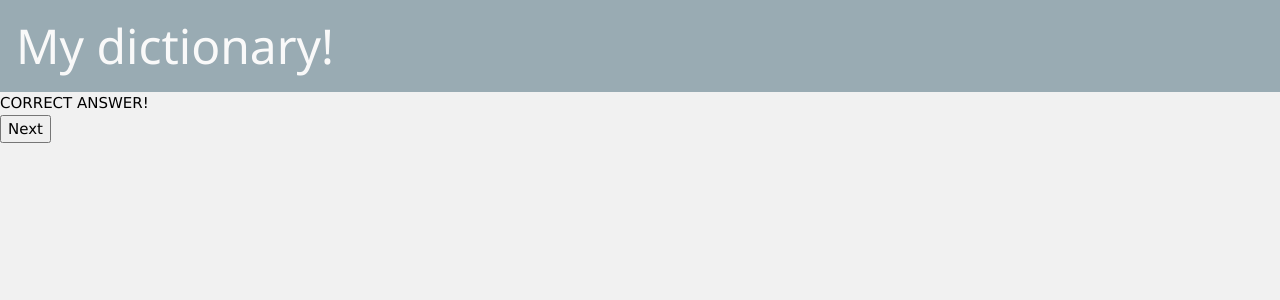
Repository: OleksandrDoskaliukKN313/IIC
Page: http://localhost/WebDictionary/correctAnswer.jsp
An editor plug-in stored every save of this project. The page is shown before and after the next save, followed by the edit.
The browser window is 1280 px wide. The pictures show the whole page.
The page is served by Tomcat 9.

Above is the page before, as saved 2020-10-12 10:27:00.

After the next save:
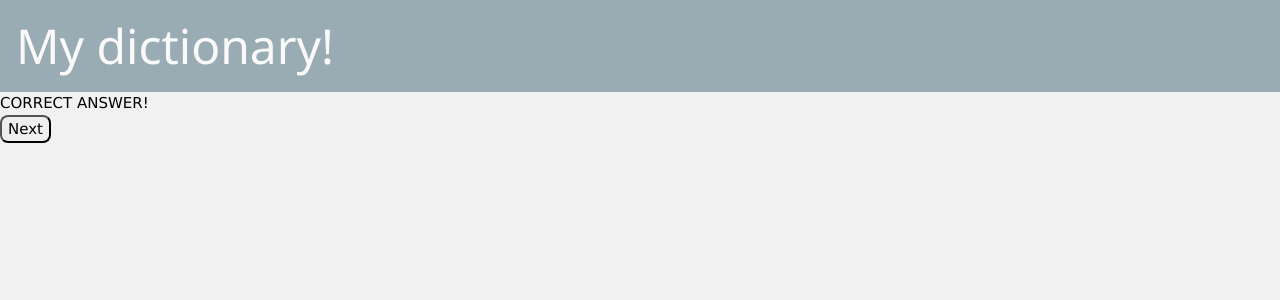
Saved 22 s later.
--- a/WebDictionary/WebContent/correctAnswer.jsp
+++ b/WebDictionary/WebContent/correctAnswer.jsp
@@ -13,7 +13,7 @@
     </div>
 CORRECT ANSWER!
 <form action="/WebDictionary/en_ua">
-    <input type="submit" value="Next" />
+    <input class=" w3-hover-green w3-round-large"type="submit" value="Next" />
 </form>
 </body>
 </html>
